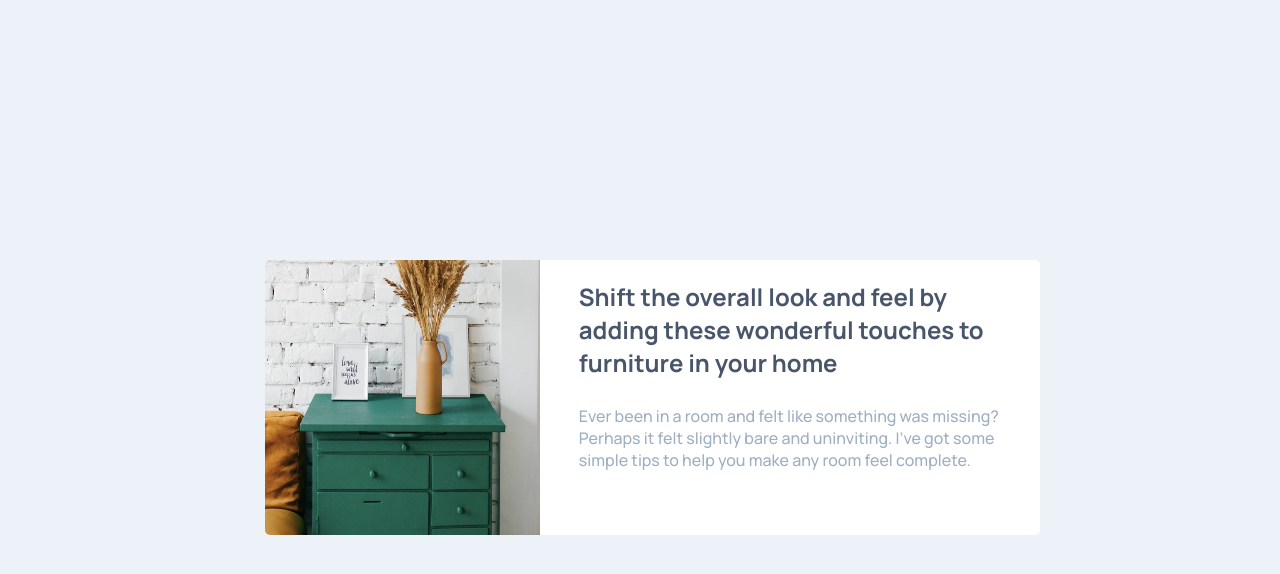
Repository: ricky603/training-css
Page: article-preview-component-master/index.html
The author's editor kept a copy of each file at every save. The page is drawn from the files as they stood at one save, then again after the next save.
The browser window is 1280 px wide. The pictures show the whole page.

Above is the page before, as saved 2020-09-09 08:55:35.

### article-preview-component-master/index.html
<!DOCTYPE html>
<html lang="en">

<head>
    <meta charset="UTF-8">
    <meta name="viewport" content="width=device-width, initial-scale=1.0">
    <!-- displays site properly based on user's device -->

    <link rel="icon" type="image/png" sizes="32x32" href="./images/favicon-32x32.png">
    <link rel="stylesheet" href="./styles.css">
    <link href="https://fonts.googleapis.com/css2?family=Manrope:wght@500;700&display=swap" rel="stylesheet">

    <title>Frontend Mentor | Article preview component</title>

    <!-- Feel free to remove these styles or customise in your own stylesheet 👍 -->
</head>

<body>
    <div class="article">
        <div id="image">
            <img src="./images/drawers.jpg" class="drawer">
        </div>

        <div class="post">
            <div class="head">
                <h2>Shift the overall look and feel by adding these wonderful touches to furniture in your home</h2>
            </div>
            <div class="body">
                <p>Ever been in a room and felt like something was missing? Perhaps it felt slightly bare and uninviting. I’ve got some simple tips to help you make any room feel complete.</p>
            </div>
        </div>
    </div>


</body>

</html>

<!--

  Ever been in a room and felt like something was missing? Perhaps
  it felt slightly bare and uninviting. I’ve got some simple tips
  to help you make any room feel complete.

  Michelle Appleton
  28 Jun 2020

  Share -->

### article-preview-component-master/styles.css
body {
    background-color: hsl(210, 46%, 95%);
}

h2 {
    font-family: 'Manrope';
    font-weight: 700;
}

#image {
    display: inline-block;
}

.post {
    position: absolute;
    width: 57%;
    display: inline-block;
    margin: 0 5% 0 5%;
}

.body {
    position: relative;
    display: inline-block;
    font-family: 'Manrope';
    font-weight: 500;
    font-size: 16px;
    color: hsl(212, 23%, 69%);
    bottom: 10px;
}

.head {
    display: inline-block;
    color: hsl(217, 19%, 35%);
}

.article {
    position: fixed;
    width: 775px;
    height: 275px;
    background-color: white;
    margin: auto;
    top: 50%;
    left: 50%;
    margin-top: -100px;
    margin-left: -375px;
    border-radius: 5px;
}

.drawer {
    width: 275px;
    height: 275px;
    border-radius: 5px 0 0 5px;
}

.attribution {
    font-size: 11px;
    text-align: center;
}

.attribution a {
    color: hsl(228, 45%, 44%);
}

After the next save:
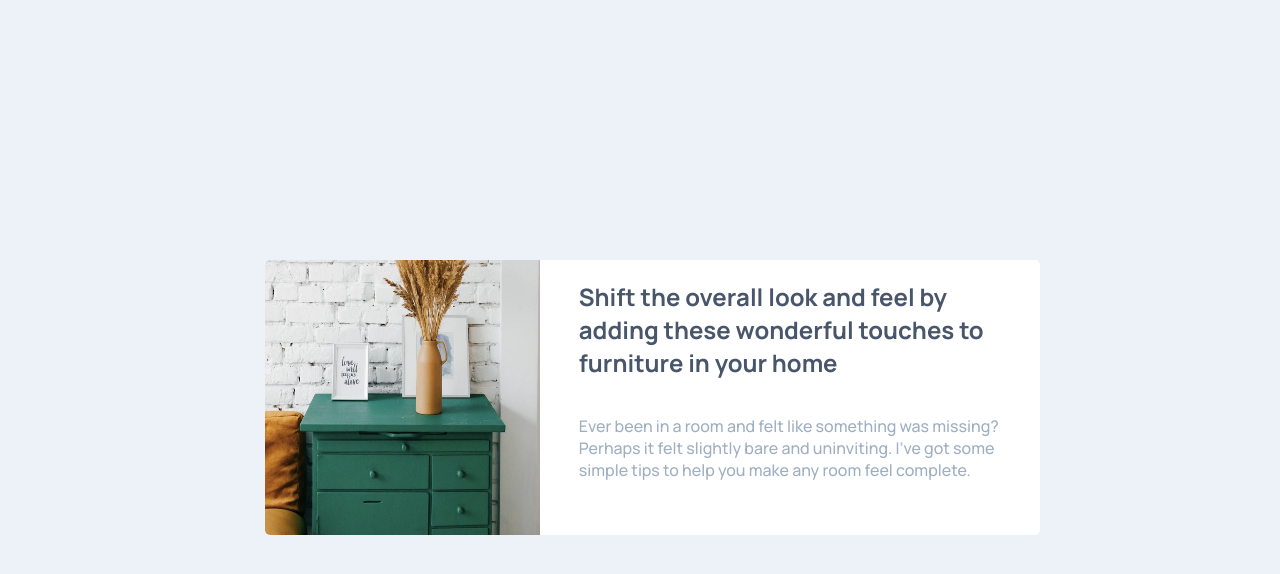
Saved 7 s later.
--- a/article-preview-component-master/styles.css
+++ b/article-preview-component-master/styles.css
@@ -25,7 +25,7 @@
     font-weight: 500;
     font-size: 16px;
     color: hsl(212, 23%, 69%);
-    bottom: 10px;
+    bottom: 1%;
 }
 
 .head {

After the 4 saves that followed:
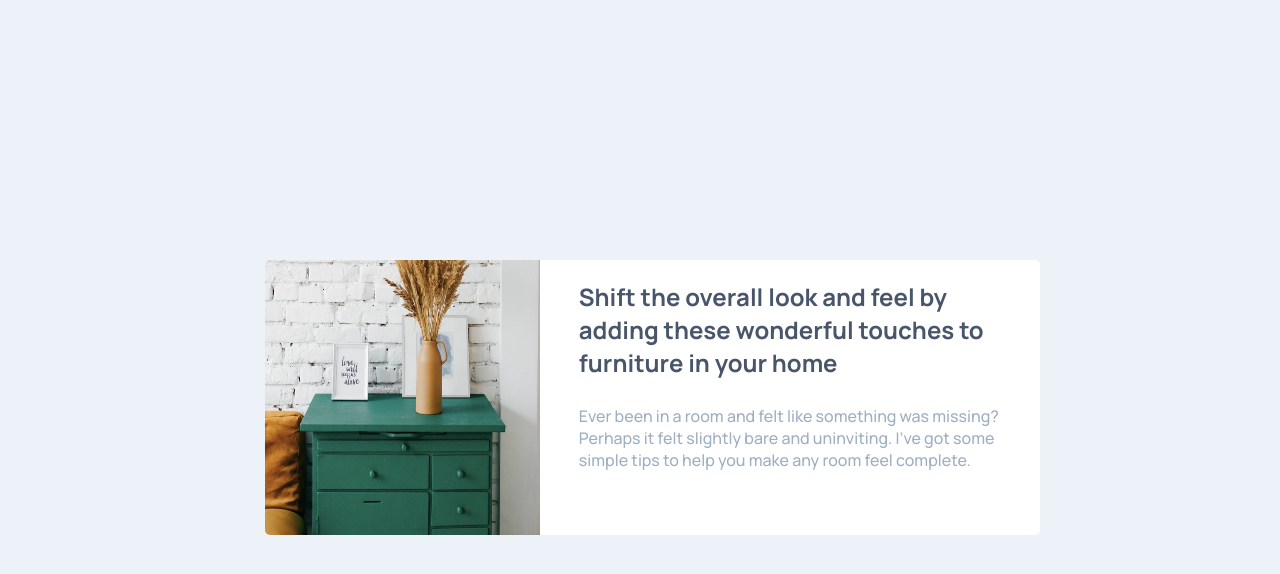
The 4 saves are shown as one change because 3 left the picture as it was.
The last was saved 25 s later.
--- a/article-preview-component-master/styles.css
+++ b/article-preview-component-master/styles.css
@@ -25,7 +25,7 @@
     font-weight: 500;
     font-size: 16px;
     color: hsl(212, 23%, 69%);
-    bottom: 1%;
+    bottom: 10px;
 }
 
 .head {
